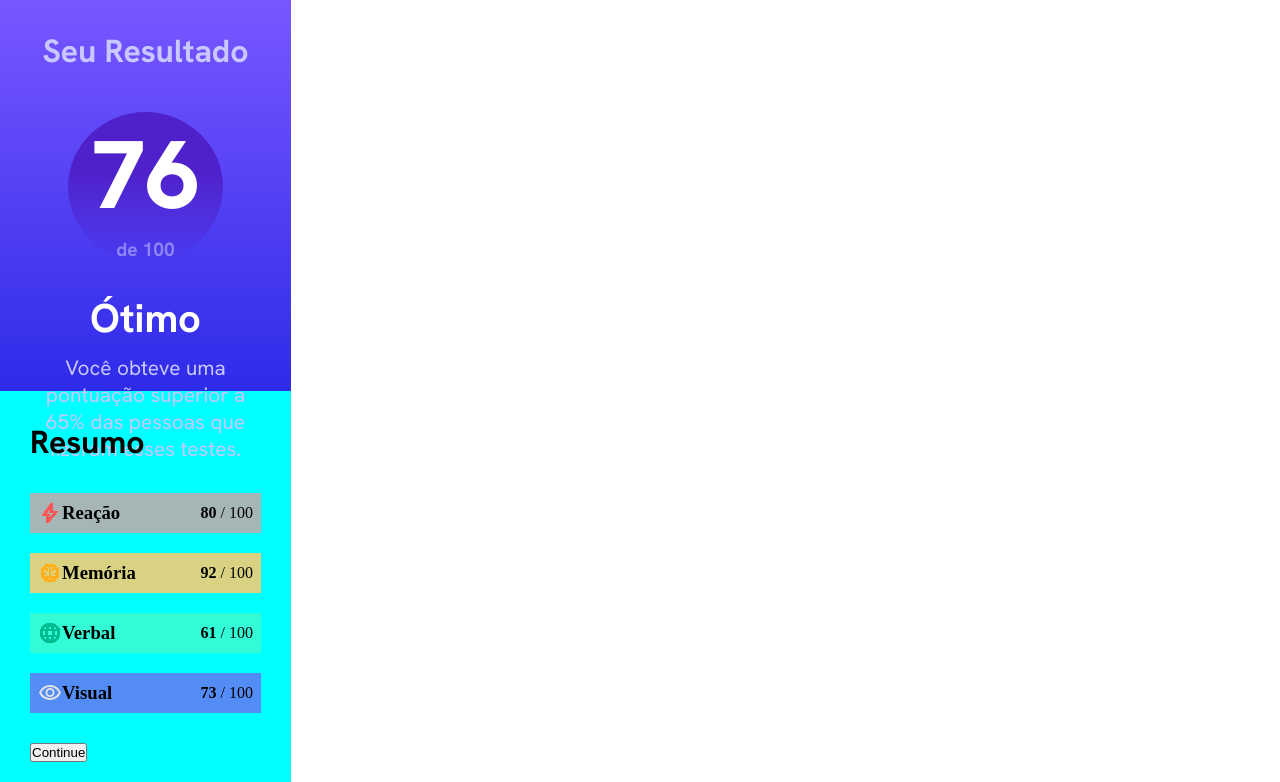
Repository: caique2512/resumo-de-resultados
Page: index.html
These files come from the project's save history. The page is drawn as it stood at one moment and after the next save; the edit follows.
The browser window is 1280 px wide. The pictures show the whole page.

Above is the page before, as saved 2026-03-13 17:10:49.

After the next save:
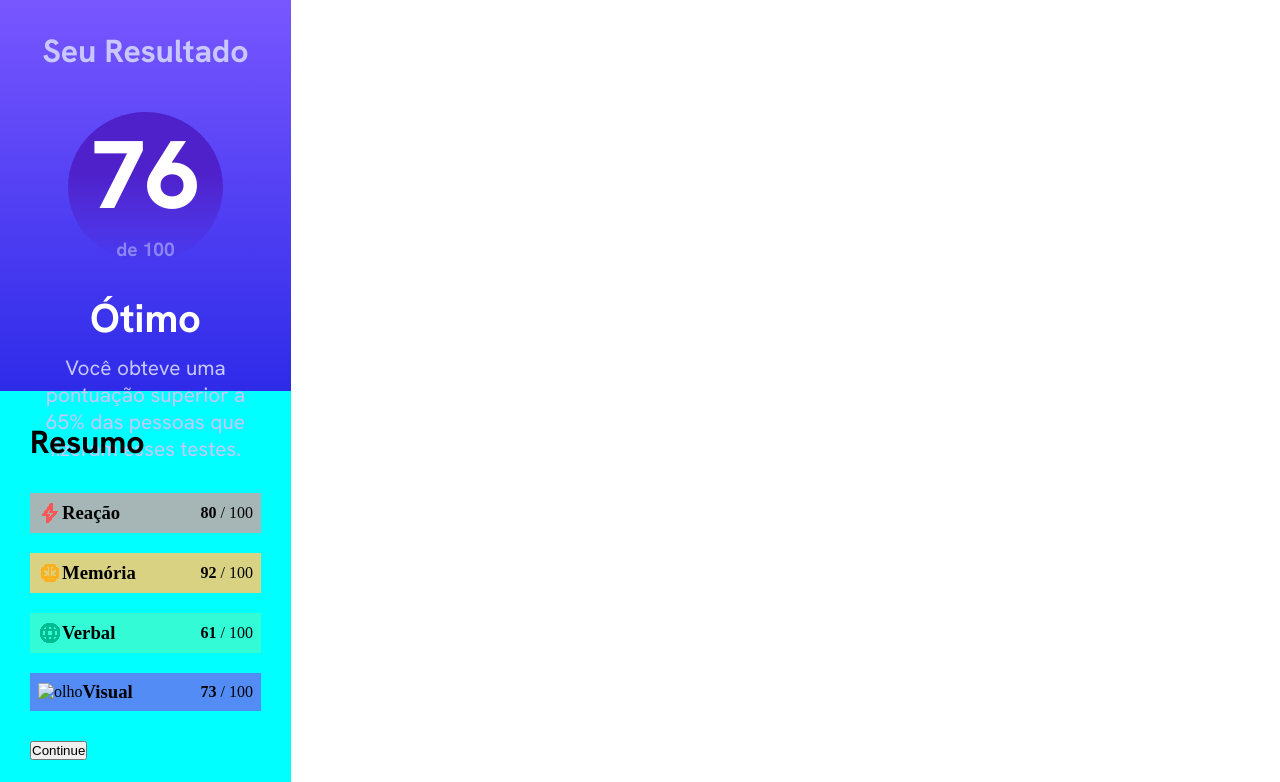
Not found: src/images/olhopng
Saved 6 s later.
--- a/index.html
+++ b/index.html
@@ -44,7 +44,7 @@
                 </div>
                 <div class="resumo4">
                     <div>
-                        <img src="./src/images/olho.svg" alt="olho">
+                        <img src="./src/images/olhopng" alt="olho">
                         <h3>Visual</h3>
                     </div>
                     <p><strong>73</strong> / 100</p>

After the 2 saves that followed:
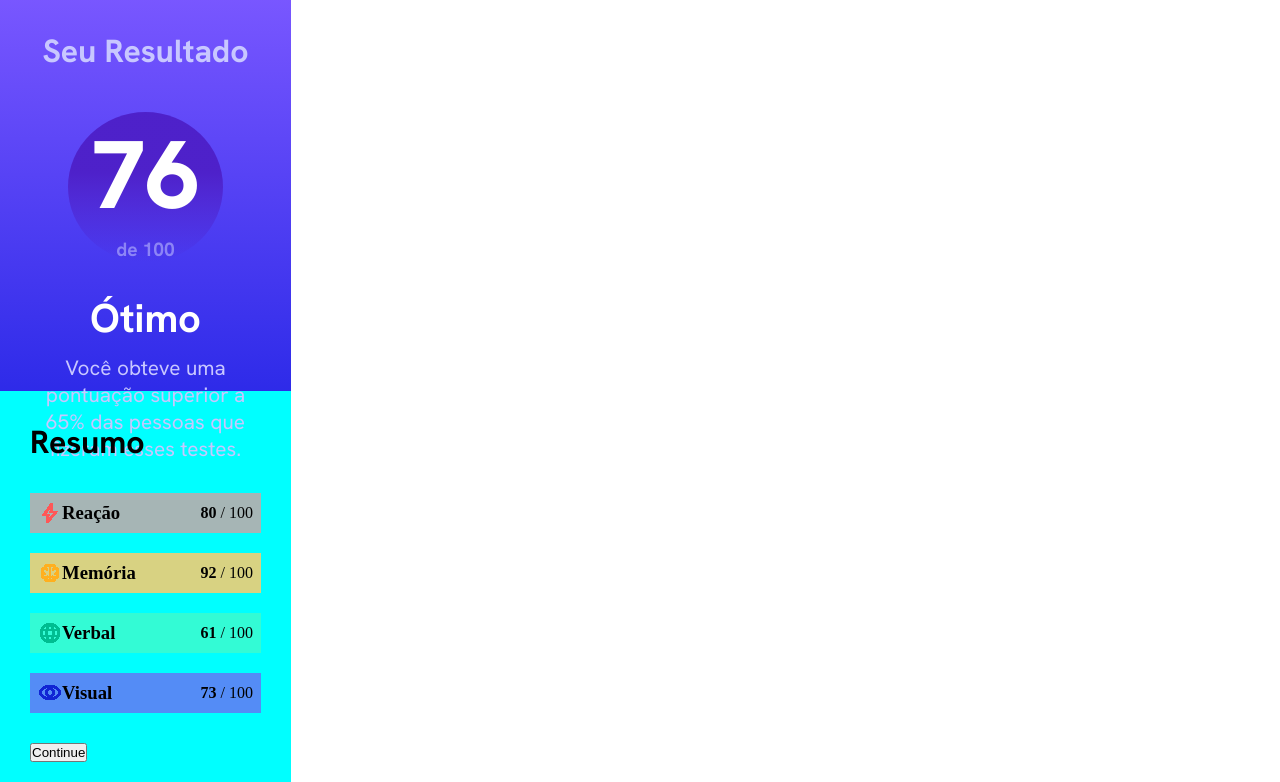
The 2 saves are shown as one change because they came seconds apart.
The last was saved 8 s later.
--- a/index.html
+++ b/index.html
@@ -44,7 +44,7 @@
                 </div>
                 <div class="resumo4">
                     <div>
-                        <img src="./src/images/olhopng" alt="olho">
+                        <img src="./src/images/olho.png" alt="olho">
                         <h3>Visual</h3>
                     </div>
                     <p><strong>73</strong> / 100</p>
